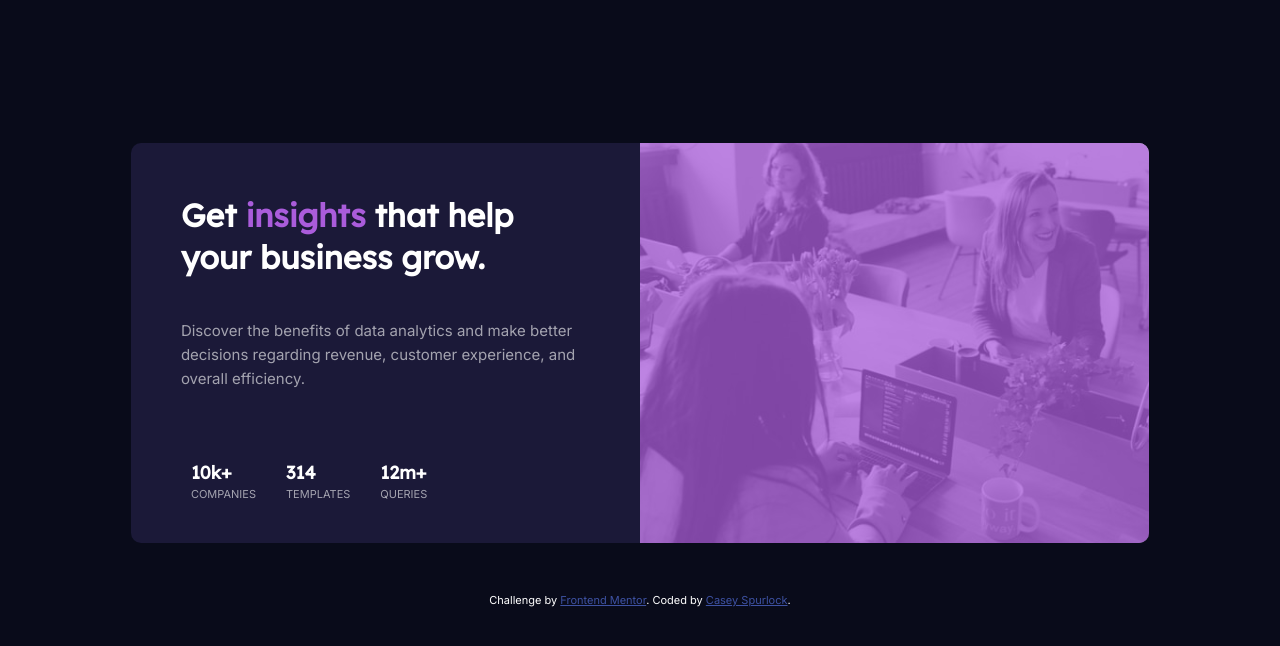
Repository: CaseySpurlock/stats-prewiew-component
Page: index.html
An editor plug-in stored every save of this project. The page is shown before and after the next save, followed by the edit.
The browser window is 1280 px wide. The pictures show the whole page.

Above is the page before, as saved 2021-06-22 13:23:34.

After the next save:
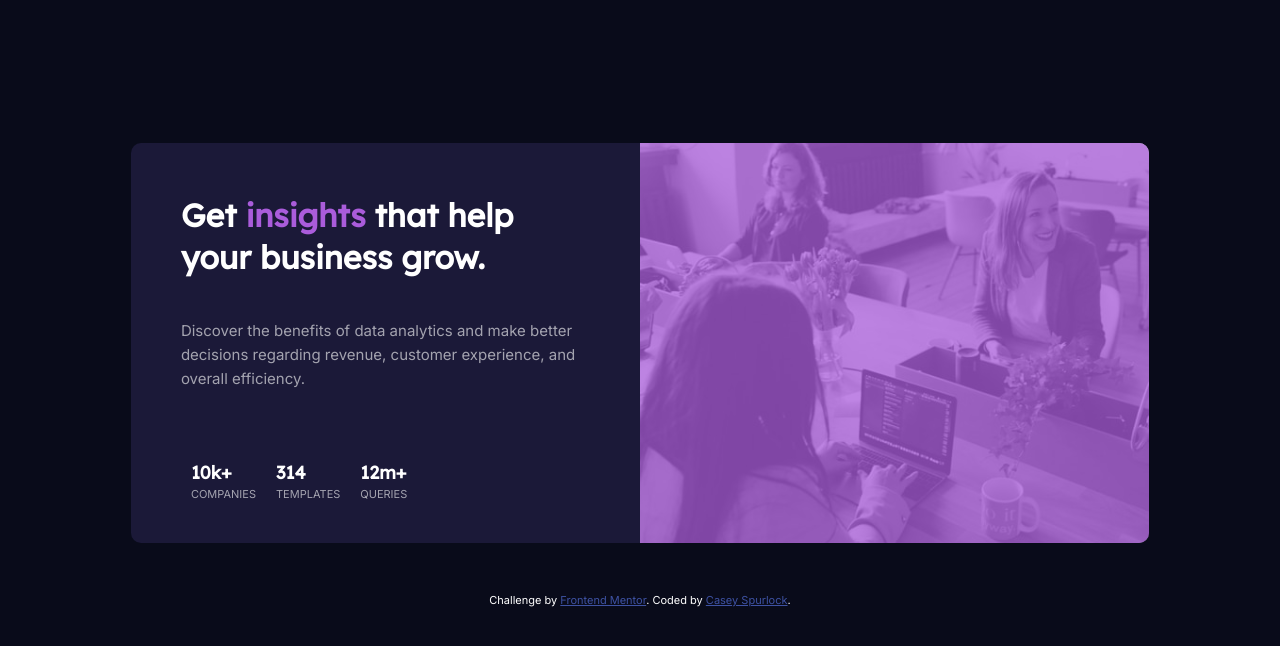
Saved 84 s later.
--- a/styles.css
+++ b/styles.css
@@ -121,8 +121,7 @@
     }
 
     .container .card ul li {
-        margin-bottom: 20px;
-        margin-right: 30px;
+        margin-right: 20px;
         font-size: 11px;
     }
 
